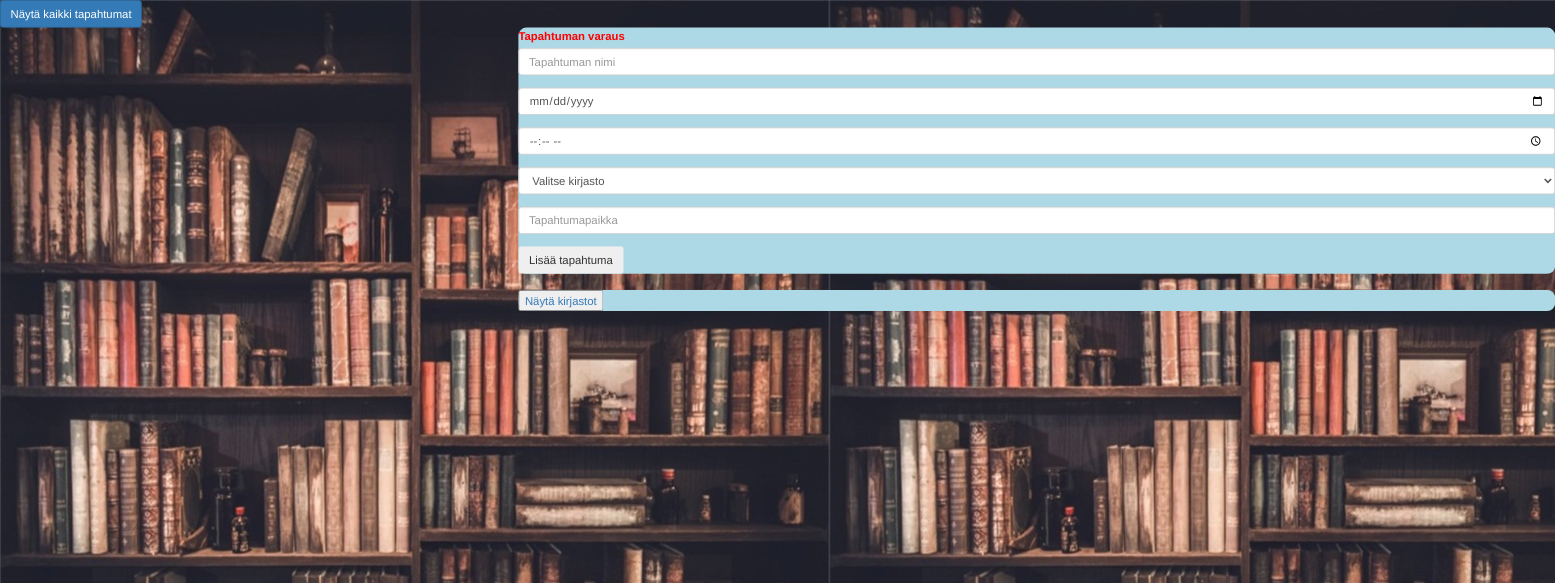
Repository: VadimZubchenko/Kirjastotapahtumat
Page: Webpage/index.html
An editor plug-in stored every save of this project. The page is shown before and after the next save, followed by the edit.
The browser window is 1280 px wide. The page is 1920 px wide, so the pictures cover 1920 px, including what lies to the right of the window. The pictures show the whole page, at 81% of full size.
The page's requests for data from a server got no answer.

Above is the page before, as saved 2023-11-23 17:03:51.
Console error: TypeError: Cannot set properties of null (setting 'length')

### Webpage/index.html
<!DOCTYPE html>
<html lang="en">
  <head>
    <meta charset="UTF-8" />
    <title></title>
    <!-- Latest compiled and minified CSS -->
    <link
      rel="stylesheet"
      href="https://maxcdn.bootstrapcdn.com/bootstrap/3.4.0/css/bootstrap.min.css"
    />

    <link rel="stylesheet" href="library.css" type="text/css" />

    <!-- jQuery library -->
    <script src="https://ajax.googleapis.com/ajax/libs/jquery/3.4.1/jquery.min.js"></script>

    <!-- Latest compiled JavaScript -->
    <script src="https://maxcdn.bootstrapcdn.com/bootstrap/3.4.0/js/bootstrap.min.js"></script>
  </head>
  <body>
    <!-- Button trigger modal -->
    <button
      type="button"
      class="btn btn-primary"
      data-toggle="modal"
      data-target="#exampleModalCenter"
    >
      Näytä kaikki tapahtumat
    </button>

    <!-- Modal -->
    <div
      class="modal fade"
      id="exampleModalCenter"
      tabindex="-1"
      role="dialog"
      aria-labelledby="exampleModalCenterTitle"
      aria-hidden="true"
    >
      <div class="modal-dialog modal-dialog-centered modal-lg" role="document">
        <div class="modal-content">
          <div class="modal-header">
            <h4 class="modal-title" id="exampleModalLongTitle">Tapahtumat</h4>
            <button
              type="button"
              class="close"
              data-dismiss="modal"
              aria-label="Close"
            >
              <span aria-hidden="true">&times;</span>
            </button>
          </div>
          <div class="modal-body">
            <script src="https://ajax.googleapis.com/ajax/libs/jquery/3.4.1/jquery.min.js"></script>

            <div id="status"></div>
            <script type="text/javascript">
              $.ajax({
                url: "/events",
                type: "GET",
                dataType: "json",
                success: (data) => {
                  console.log("You received some data!", data);

                  var out = "";
                  out += "<table>";
                  out += '<th span style="font-size:18px">Kirjasto</th>';
                  out += '<th span style="font-size:18px">Paikka</th>';
                  out += '<th span style="font-size:18px">Tapahtuman nimi</th>';
                  out += '<th span style="font-size:18px">Päivämäärä</th>';
                  out += '<th span style="font-size:18px">Aika</th>';
                  out += "<tr>";
                  var i;
                  for (i in data) {
                    out +=
                      "<td span style='font-size:18px'>" +
                      data[i].Event_Kirjasto +
                      "</td>";
                    out +=
                      "<td span style='font-size:18px'>" +
                      data[i].Event_Location +
                      "</td>";
                    out +=
                      "<td span style='font-size:18px'>" +
                      data[i].Event_Name +
                      "</td>";
                    out +=
                      "<td span style='font-size:18px'>" +
                      data[i].Event_Date +
                      "</td>";
                    out +=
                      "<td span style='font-size:18px'>" +
                      data[i].Event_Time +
                      "</td>";
                    out += "</tr>";
                  }
                  out += "</table>";

                  $("#status").html(out);
                },
              });
            </script>
          </div>
          <div class="modal-footer">
            <button
              type="button"
              class="btn btn-secondary"
              data-dismiss="modal"
            >
              Sulje
            </button>
          </div>
        </div>
      </div>
    </div>
    <form action="/event_create" method="POST">
      <div class="form-group">
        <label style="color: red">Tapahtuman varaus</label>
        <input
          type="text"
          class="form-control"
          name="eventname"
          placeholder="Tapahtuman nimi"
        />
      </div>
      <div class="form-group">
        <input type="date" name="eventdate" class="form-control" />
      </div>
      <div class="form-group">
        <input type="time" name="eventtime" class="form-control" />
      </div>
      <div class="form-group">
        <select id="dropdown" name="kirjasto" class="form-control"></select>
      </div>
      <div class="form-group">
        <input
          type="text"
          name="location"
          placeholder="Tapahtumapaikka"
          class="form-control"
        />
      </div>
      <button type="submit" class="btn">Lisää tapahtuma</button>
    </form>

    <!-- Hannu koodit -->
    <br />

    <form action="">
        <!-- change to second htlm-page -->
      <button><a href="helsingin_kirjastot.html">Näytä kirjastot</button>
    </form>
    <script>
      var dropdown = document.getElementById("dropdown");
      dropdown.length = 0;
      var defaultOption = document.createElement("option");
      defaultOption.text = "Valitse kirjasto";
      dropdown.add(defaultOption);
      dropdown.selectedIndex = 0;

      var url =
        "https://api.kirjastot.fi/v3/organisation?branch_type=library&city.name=helsinki";
      var xmlhttp = new XMLHttpRequest();

      xmlhttp.onload = function () {
        if (xmlhttp.status == 200) {
          var myArr = JSON.parse(xmlhttp.responseText);
          var arr = myArr.items;
          var i;
          var option;
          console.log(arr);
          for (i = 0; i < arr.length; i++) {
            option = document.createElement("option");
            option.text = arr[i].name.fi;
            dropdown.add(option);
          }
        }
      };
      xmlhttp.open("GET", url, true);
      xmlhttp.send();
</script>
<script>
  //dropdown paikan varaukseen
      var dropdown2 = document.getElementById("dropdown2");
      dropdown2.length = 0;
      var defaultOption2 = document.createElement("option2");
      defaultOption2.text = "Valitse paikka";
      dropdown2.add(defaultOption2);
      dropdown2.selectedIndex = 0;

      var url =
        "https://api.kirjastot.fi/v3/service?type=room";
      var xmlhttp = new XMLHttpRequest();

      xmlhttp.onload = function () {
        if (xmlhttp.status == 200) {
          var myArr = JSON.parse(xmlhttp.responseText);
          var arr2 = myArr.items;
          var i;
          var option2;
          console.log(arr2);
          for (i = 0; i < arr2.length; i++) {
            option2 = document.createElement("option2");
            option2.text = arr[i].name.fi;
            dropdown2.add(option2);
          }
        }
      };
      xmlhttp.open("GET", url, true);
      xmlhttp.send();

</script>

  </body>
</html>

### Webpage/library.css
body {
background-image: url("library.png");

}

form {
    position: relative;
    background-color: lightblue;
    border-radius: 10px;
    left: 50%;

}

table {
    border-collapse: collapse;
    width: 100%;
  }

  modal-content {
    width: 200%;
  }

  th, td {
    text-align: left;
    padding: 8px;
  }

  tr:nth-child(even) {
    background-color: #D6EEEE;
  }

After the next save:
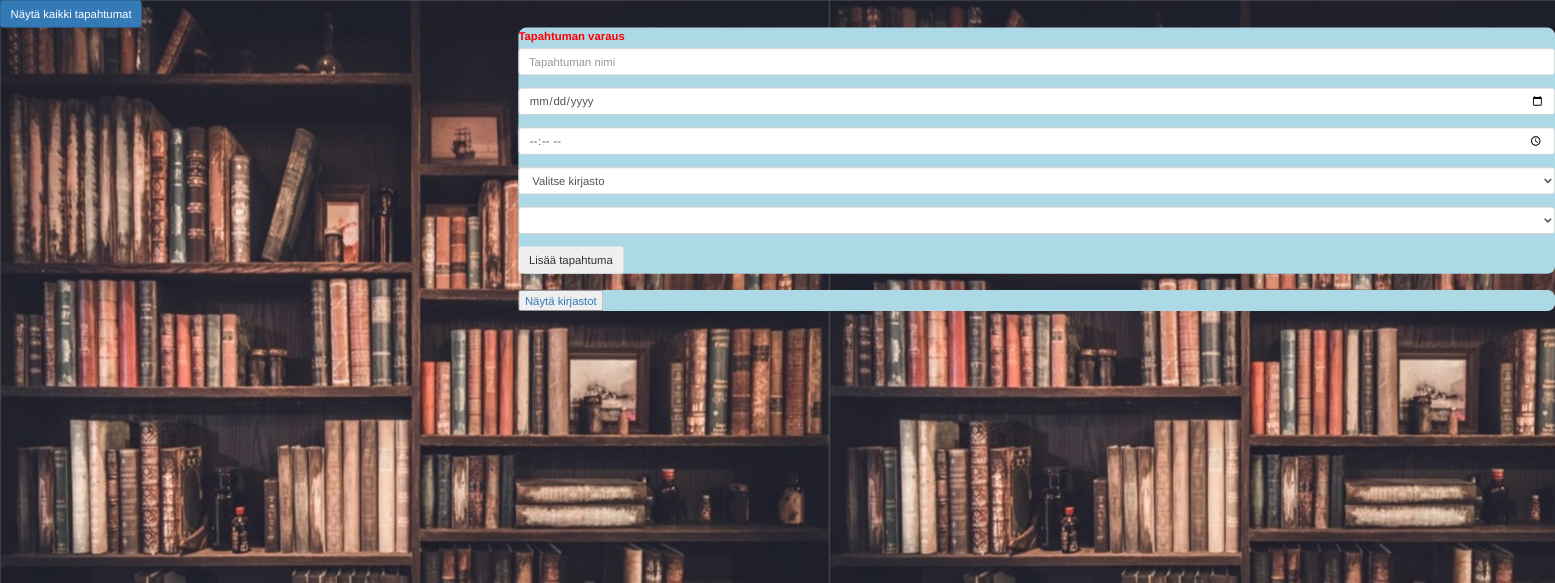
Console error (its wording comes from the project's code and is left out).
Saved 2 min 15 s later.
--- a/Webpage/index.html
+++ b/Webpage/index.html
@@ -133,12 +133,13 @@
         <select id="dropdown" name="kirjasto" class="form-control"></select>
       </div>
       <div class="form-group">
-        <input
+        <select id="dropdown2" name="location" class="form-control"></select>
+        <!-- <input
           type="text"
           name="location"
           placeholder="Tapahtumapaikka"
           class="form-control"
-        />
+        /> -->
       </div>
       <button type="submit" class="btn">Lisää tapahtuma</button>
     </form>
